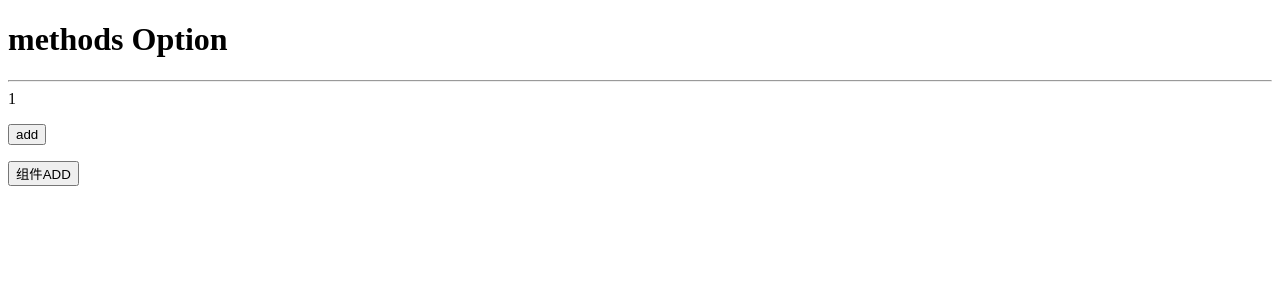
Repository: 13982720426/vue2.0-LearningNotes
Page: example/methods.html
The author's editor kept a copy of each file at every save. The page is drawn from the files as they stood at one save, then again after the next save.
The browser window is 1280 px wide. The pictures show the whole page.

Above is the page before, as saved 2021-06-25 20:39:52.

### example/methods.html
<!DOCTYPE html>
<html lang="en">
  <head>
    <meta charset="UTF-8" />
    <meta http-equiv="X-UA-Compatible" content="IE=edge" />
    <meta name="viewport" content="width=device-width, initial-scale=1.0" />
    <title>methods Option</title>
    <script type="text/javascript" src="../assets/js/vue.js"></script>
  </head>
  <body>
    <h1>methods Option</h1>
    <hr />
    <div id="app">
      {{a}}
      <p>
        <button @click="add(2)">add</button>
      </p>
      <p><btn @click.native="add(2)"></btn></p>
    </div>
    <script type="text/javascript">
      var btn = {
        template: `<button>组件ADD</button>`,
      };
      var app = new Vue({
        el: '#app',
        data: {
          a: 1,
        },
        components: {
          btn: btn,
        },
        methods: {
          add: function (num) {
            if (num != '') {
              this.a += num;
            } else {
              this.a++;
            }
          },
        },
      });
    </script>
  </body>
</html>

Loaded but not shown: assets/js/vue.js (library)

After the next save:
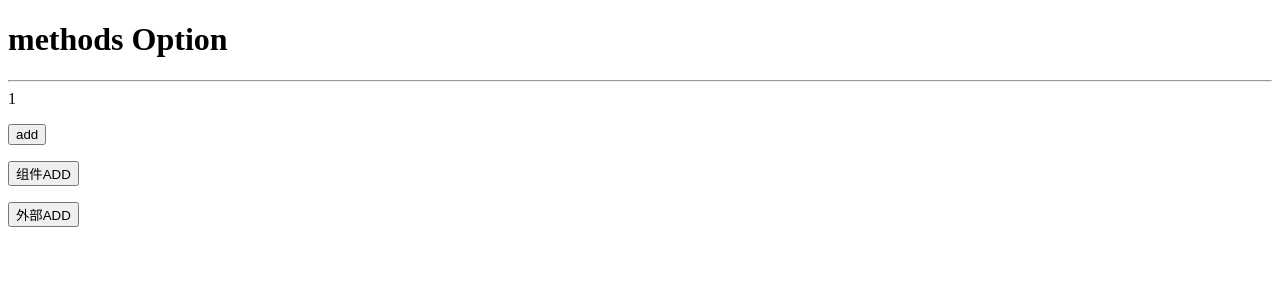
Saved 4 min 34 s later.
--- a/example/methods.html
+++ b/example/methods.html
@@ -16,6 +16,9 @@
         <button @click="add(2)">add</button>
       </p>
       <p><btn @click.native="add(2)"></btn></p>
+      <p>
+        <button onclick="app.add(2)">外部ADD</button>
+      </p>
     </div>
     <script type="text/javascript">
       var btn = {
